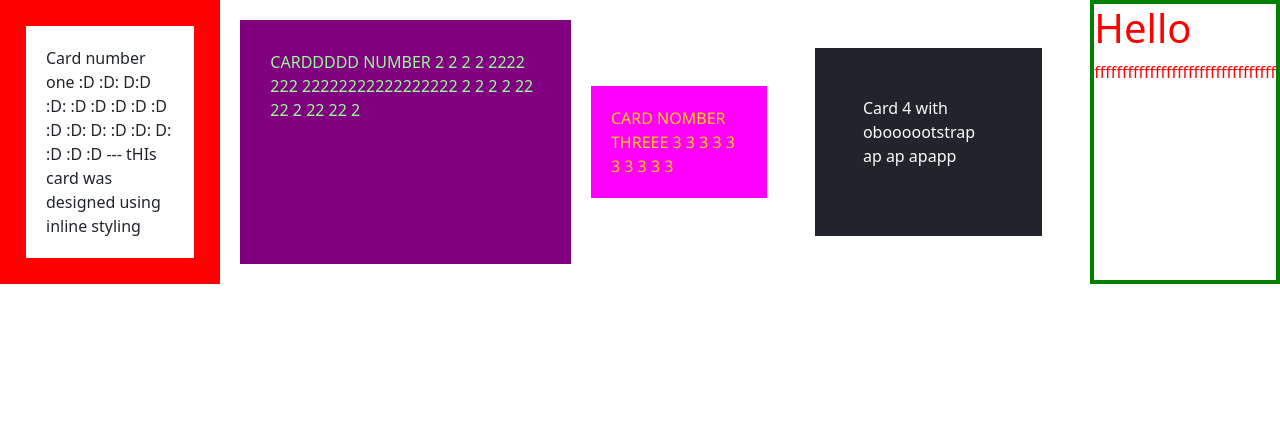
Repository: FbW-E01/spa-react-stylish-cards-gronger
Page: / (app in react-stuff/)
An editor plug-in stored every save of this project. The page is shown before and after the next save, followed by the edit.
The browser window is 1280 px wide. The pictures show the whole page.
The project was rebuilt for these pictures with package versions that can differ from the ones it lists, and the page was loaded fresh each time.

Above is the page before, as saved 2021-07-14 14:09:28.

### react-stuff/src/index.js
import React from 'react';
import ReactDOM from 'react-dom';
import './main.scss';
import 'bootstrap/dist/css/bootstrap.min.css';
import styled from 'styled-components';


function CardOneInline() {
  const divStyle = {
    border: '26px solid red',
    margin: 'auto',
    padding: '20px',
    width: '30%',
  }

  return <div style={divStyle}>
    Card number one :D :D: D:D :D: :D :D :D :D :D :D :D: D: :D :D: D: :D :D :D --- tHIs card was designed using inline styling
  </div>
}

function CardTwoClass() {
  let className = 'purpleClass';

  return <div className={className}>
    CARDDDDD NUMBER 2 2 2 2 2222 222 22222222222222222 2 2 2 2 22 22 2 22 22  2
  </div>
}

function CardThreeScssClass() {
  return <div className='class-3'>
    CARD NOMBER THREEE 3 3 3 3 3 3 3 3 3 3
  </div>
}

function CardFourBootstrap() {
  return <div className="p-5 m-5 warning bg-dark text-light">
    Card 4 with oboooootstrap ap ap apapp
  </div>
}

const MyDiv = styled.div`
  border: 4px solid green;
  color: red;
`;

ReactDOM.render(
  <div className="wrapper">
    <CardOneInline />
    <CardTwoClass />
    <CardThreeScssClass />
    <CardFourBootstrap />
    <MyDiv><h1>Hello</h1>
    <p>fffffffffffffffffffffffffffffffff</p></MyDiv>
  </div>

  , document.getElementById('root')
);

### react-stuff/src/main.scss
.wrapper {
    display: flex;
    .class-3 {
        background-color: fuchsia;
        color: gold;
        font-family: 'Segoe UI', Tahoma, Geneva, Verdana, sans-serif;
        margin: auto;
        padding: 20px;
    }
    .purpleClass {
        color: palegreen;
        background-color: purple;
        padding: 30px;
        margin: 20px;
    }
}

Loaded but not shown: react-stuff/public/index.html (common file)

After the next save:
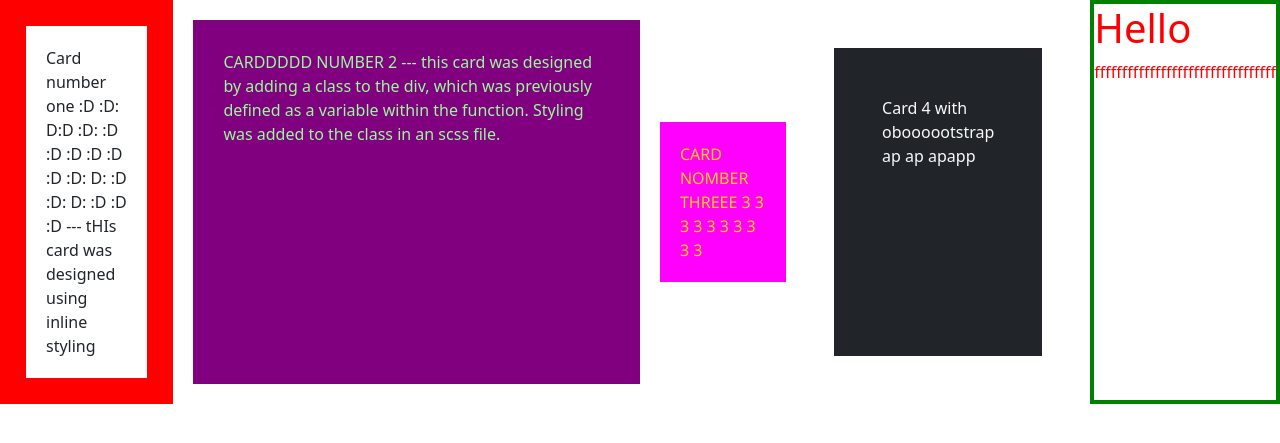
Saved 54 s later.
--- a/react-stuff/src/index.js
+++ b/react-stuff/src/index.js
@@ -22,7 +22,7 @@ function CardTwoClass() {
   let className = 'purpleClass';
 
   return <div className={className}>
-    CARDDDDD NUMBER 2 2 2 2 2222 222 22222222222222222 2 2 2 2 22 22 2 22 22  2
+    CARDDDDD NUMBER 2 --- this card was designed by adding a class to the div, which was previously defined as a variable within the function. Styling was added to the class in an scss file.
   </div>
 }
 
